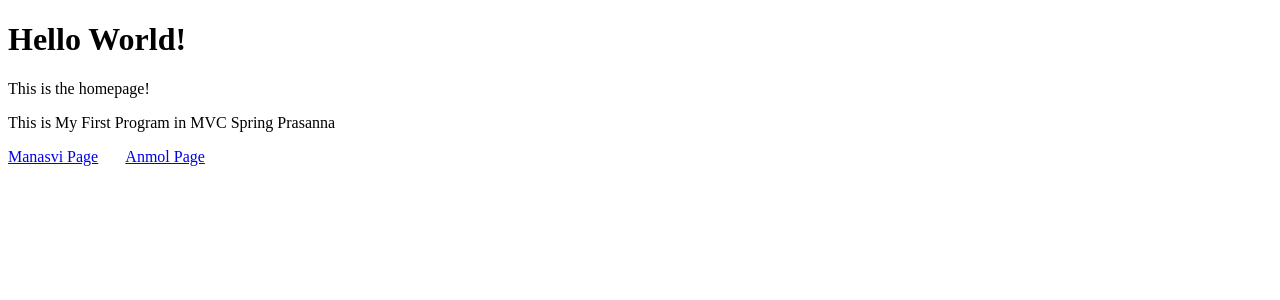
Repository: PrasananTrainer03/Infinite3
Page: http://localhost/SpringMvcDemo1/WEB-INF/views/home.jsp
An editor plug-in stored every save of this project. The page is shown before and after the next save, followed by the edit.
The browser window is 1280 px wide. The pictures show the whole page.
The page is served by Tomcat 9. Nobody is signed in. Other server files are loaded and not shown. The template is opened directly, without the code that normally fills it, so the values that code supplies are empty.

Above is the page before, as saved 2022-04-21 09:14:11.

### Training Material/April21_Spring_MVC/SpringMvcDemos/SpringMvcDemo1/src/main/webapp/WEB-INF/views/home.jsp
<%@page contentType="text/html" pageEncoding="UTF-8"%>
<!DOCTYPE HTML PUBLIC "-//W3C//DTD HTML 4.01 Transitional//EN"
   "http://www.w3.org/TR/html4/loose.dtd">

<html>
    <head>
        <meta http-equiv="Content-Type" content="text/html; charset=UTF-8">
        <title>Home</title>
    </head>
    <body>
        <h1>Hello World!</h1>
        <p>This is the homepage!</p>
        <p>This is My First Program in MVC Spring Prasanna</p>
        <p>
        	<a href="manasvi">Manasvi Page</a>
        	&nbsp;&nbsp;&nbsp;&nbsp;&nbsp;
        	<a href="anmol">Anmol Page</a>
        </p>
    </body>
</html>

After the next save:
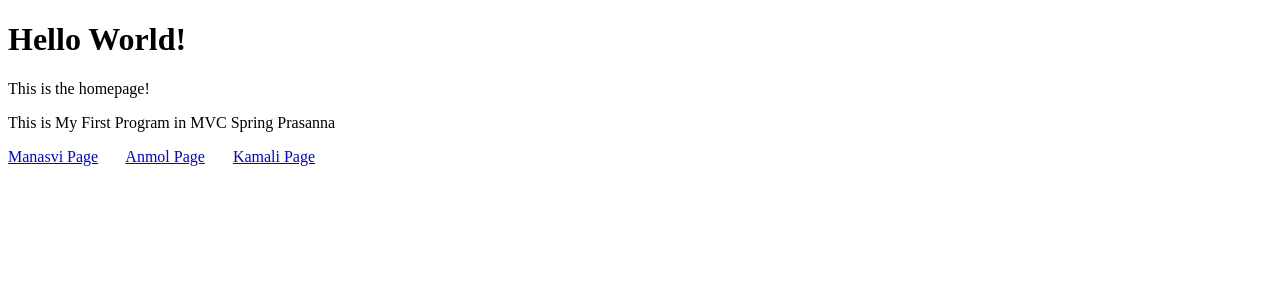
Saved 76 s later.
--- a/Training Material/April21_Spring_MVC/SpringMvcDemos/SpringMvcDemo1/src/main/webapp/WEB-INF/views/home.jsp
+++ b/Training Material/April21_Spring_MVC/SpringMvcDemos/SpringMvcDemo1/src/main/webapp/WEB-INF/views/home.jsp
@@ -15,6 +15,8 @@
         	<a href="manasvi">Manasvi Page</a>
         	&nbsp;&nbsp;&nbsp;&nbsp;&nbsp;
         	<a href="anmol">Anmol Page</a>
+        	&nbsp;&nbsp;&nbsp;&nbsp;&nbsp;
+        	<a href="kamali">Kamali Page</a>
         </p>
     </body>
 </html>
